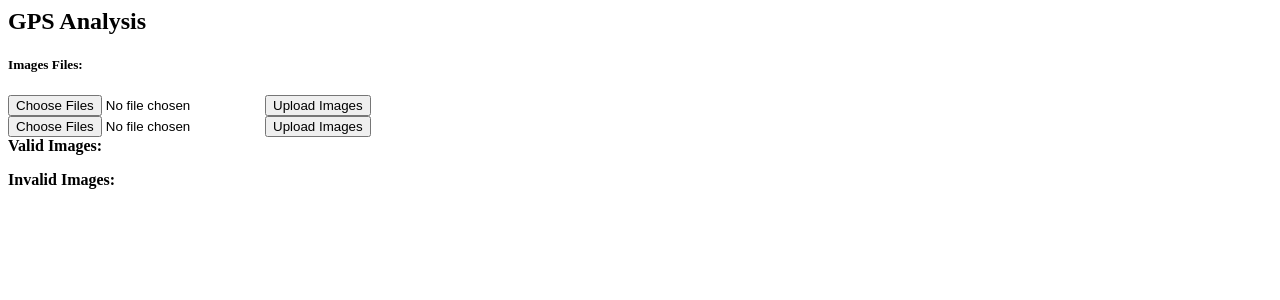
Repository: hanjangchen/Raspberry
Page: prjGAEGPSAnalysis/prjGPSAnalysis/src/static/my_ng_templates/desktop/index_data_analysis.html
These files come from the project's save history. The page is drawn as it stood at one moment and after the next save; the edit follows.
The browser window is 1280 px wide. The pictures show the whole page.

Above is the page before, as saved 2014-11-03 02:51:22.
Console error: ReferenceError: $ is not defined

After the next save:
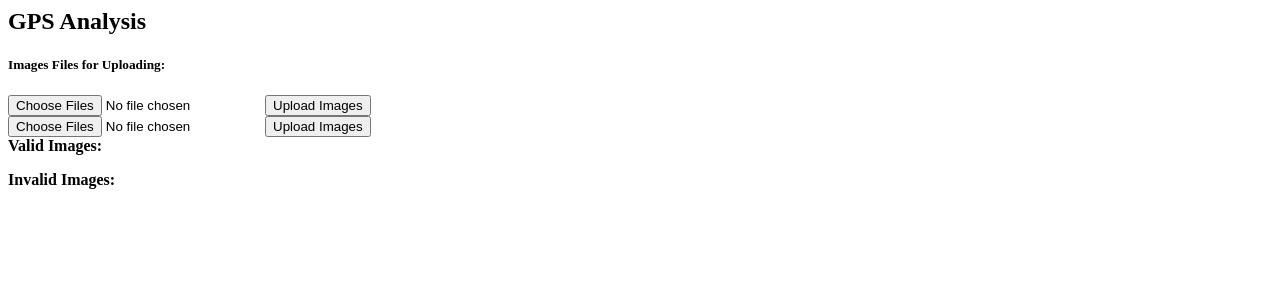
Saved 7 min 4 s later.
--- a/prjGAEGPSAnalysis/prjGPSAnalysis/src/static/my_ng_templates/desktop/index_data_analysis.html
+++ b/prjGAEGPSAnalysis/prjGPSAnalysis/src/static/my_ng_templates/desktop/index_data_analysis.html
@@ -16,7 +16,7 @@
 				<div class="col-xs-1 col-sm-1 col-md-1 col-lg-1"></div>
 
 				<h5 class="col-xs-3 col-sm-3 col-md-3 col-lg-3 text-right">Images
-					Files:</h5>
+					Files for Uploading:</h5>
 				<input type="file" ng-model="images_data_to_upload" multiple="true" accept="image/*"
 					required="required" class="col-xs-4 col-sm-4 col-md-4 col-lg-4 btn btn-default ">
 				<input type="button" value="Upload Images"
